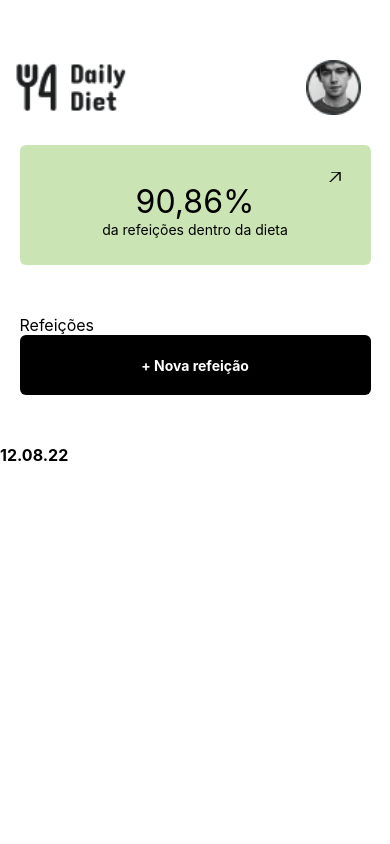
Repository: GustavoMSevero/dailydiet
Screen: /
An editor plug-in stored every save of this project. The screen is shown before and after the next save, followed by the edit.
The app was drawn by React Native's web renderer in a window 390 px wide. The project was rebuilt for these pictures with package versions that can differ from the ones it lists, and the page was loaded fresh each time. Some packages were replaced by stand-ins written for this rebuild.

Above is the screen before, as saved 2024-12-06 15:49:49.

After the next save:
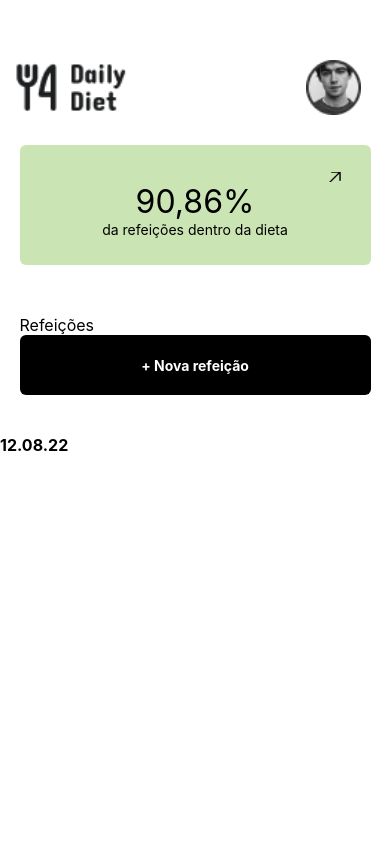
Saved 5 s later.
--- a/src/components/Date/styles.ts
+++ b/src/components/Date/styles.ts
@@ -4,7 +4,7 @@ export const Container = styled.View`
     width: 100%;
     height: 50px;
 
-    margin-top: 100px;
+    margin-top: 90px;
 `;
 
 export const DateText = styled.Text`
